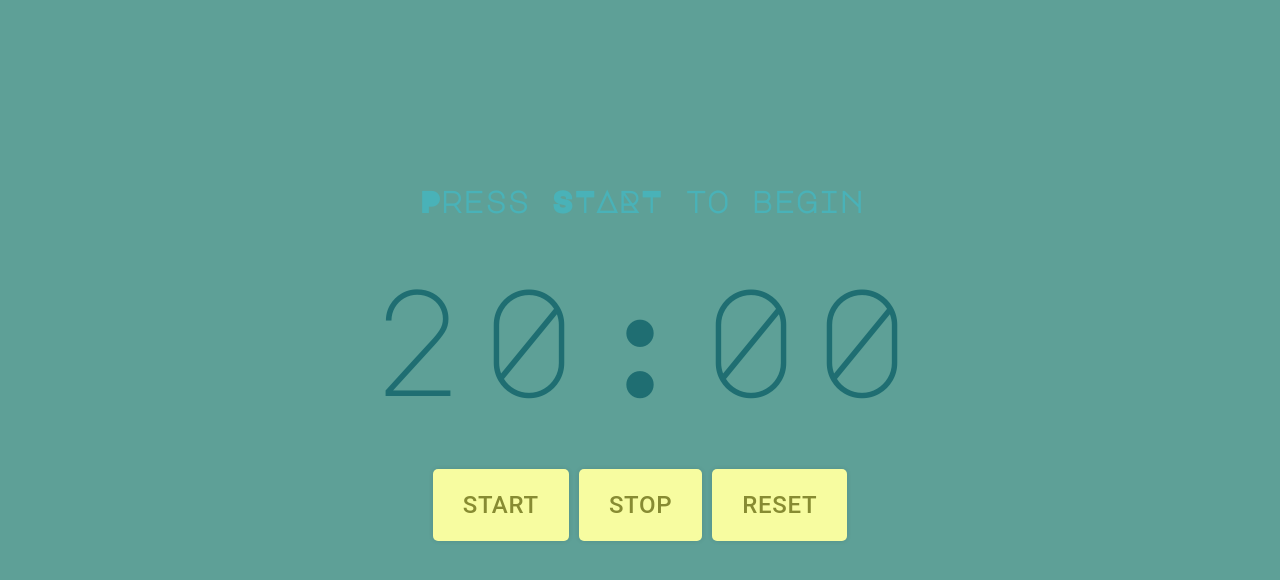
Repository: realistmccoy/pomodoro
Page: /
The author's editor kept a copy of each file at every save. The page is drawn from the files as they stood at one save, then again after a run of saves.
The browser window is 1280 px wide. The pictures show the whole page.
The project was rebuilt for these pictures with package versions that can differ from the ones it lists, and the page was loaded fresh each time.

Above is the page before, as saved 2020-12-10 01:00:34.

### src/App.js
import React, { useState, useRef } from 'react';
import './App.css';
import { Button } from '@material-ui/core';

function padTime(time) {
	return time.toString().padStart(2, '0');
}

export default function App() {
	const [title, setTitle] = useState('Press START to begin');
	const [timeLeft, setTimeLeft] = useState(20 * 60);
	const intervalRef = useRef(null);

	function startTimer() {
		setTitle('FOCUS');
		intervalRef.current = setInterval(() => {
			setTimeLeft((timeLeft) => {
				if (timeLeft >= 1) return timeLeft - 1;

				return 0;
			});
		}, 1000);
	}

	function stopTimer() {
		setTitle('Get back to work');
		clearInterval(intervalRef.current);
		console.log(intervalRef.current);
	}

	function resetTimer() {
		clearInterval(intervalRef.current);
		setTitle('Ready to go another round?');
		setTimeLeft(20 * 60);
	}

	const minutes = padTime(Math.floor(timeLeft / 60));
	const seconds = padTime(timeLeft - minutes * 60);

	return (
		<div className='app'>
			<h2>{title}</h2>

			<div className='timer'>
				<span>{minutes}</span>
				<span>:</span>
				<span>{seconds}</span>
			</div>

			<div className='buttons'>
				<Button onClick={startTimer}>Start</Button>
				<Button onClick={stopTimer}>Stop</Button>
				<Button onClick={resetTimer}>Reset</Button>
			</div>
		</div>
	);
}

### src/App.css
@import url('https://fonts.googleapis.com/css2?family=Major+Mono+Display&display=swap');

* {
  box-sizing: border-box;
}

body {
  padding: 0;
  margin: 0;
  font-family: 'Major Mono Display', monospace;
  line-height: 1.5;
}

.app {
  min-height: 100vh;
  padding-left: 20px;
  padding-right: 20px;
  display: flex;
  flex-direction: column;
  align-items: center;
  justify-content: center;
  background: #5ea097;
  color: #2c888d;
}

h2 {
  color: #49b2b8;
  font-size: 30px;
  text-align: center;
  margin: 0;
}

.timer {
  color: #1f6e72;
  font-size: 150px;
  margin-bottom: 20px;
}

.buttons button {
  outline: none;
  border: none;
  font-size: 24px;
  background: #f7fca0;
  color: #878b32;
  border-radius: 5px;
  box-shadow: 0 0 5px rgba(0, 0, 0, 0.1);
  padding: 15px 30px;
  cursor: pointer;
  transition: 0.3s ease all;
}

.buttons button:hover {
  border-radius: 10px;
  background: #f5f8ca;
  box-shadow: 0 0 10px rgba(0, 0, 0, 0.15);
  transform: translateY(-2px);
}

.buttons button:not(:last-child) {
  margin-right: 10px;
}

@media (max-width: 780px) {
  h2 {
    font-size: 22px;
  }

  .timer {
    font-size: 80px;
  }

  .buttons button {
    font-size: 18px;
  }
}

Loaded but not shown: public/index.html (common file); src/index.js (common file)

After the next 2 saves:
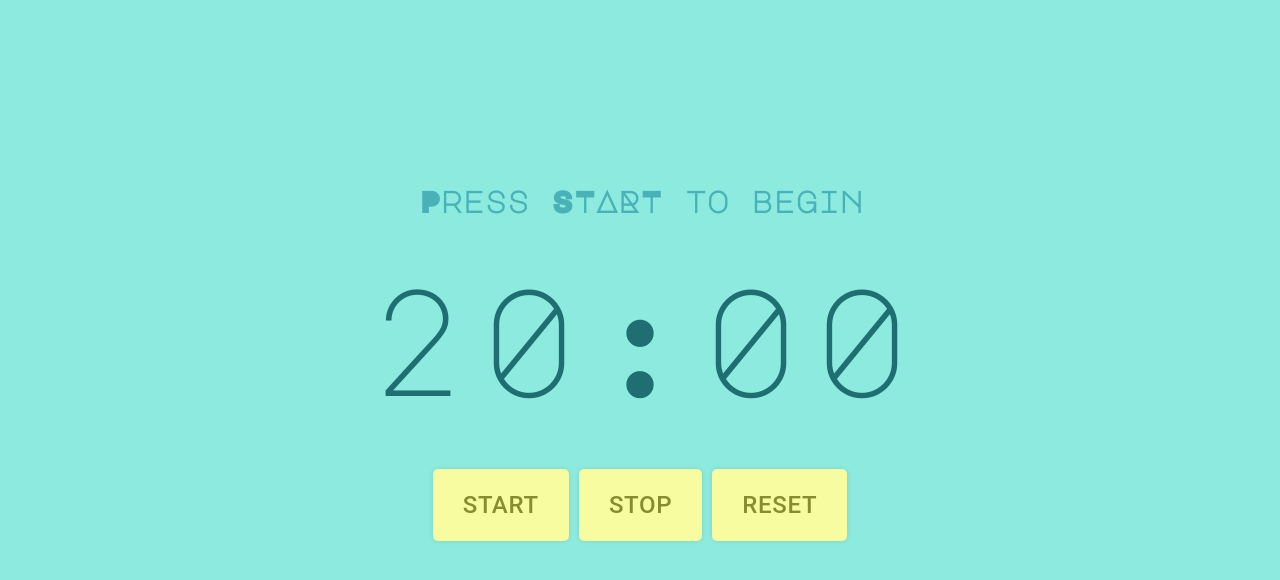
The 2 saves are shown as one change because they came seconds apart.
The last was saved 6 s later.
--- a/src/App.css
+++ b/src/App.css
@@ -19,7 +19,7 @@ body {
   flex-direction: column;
   align-items: center;
   justify-content: center;
-  background: #5ea097;
+  background: #8cebde;
   color: #2c888d;
 }
 
